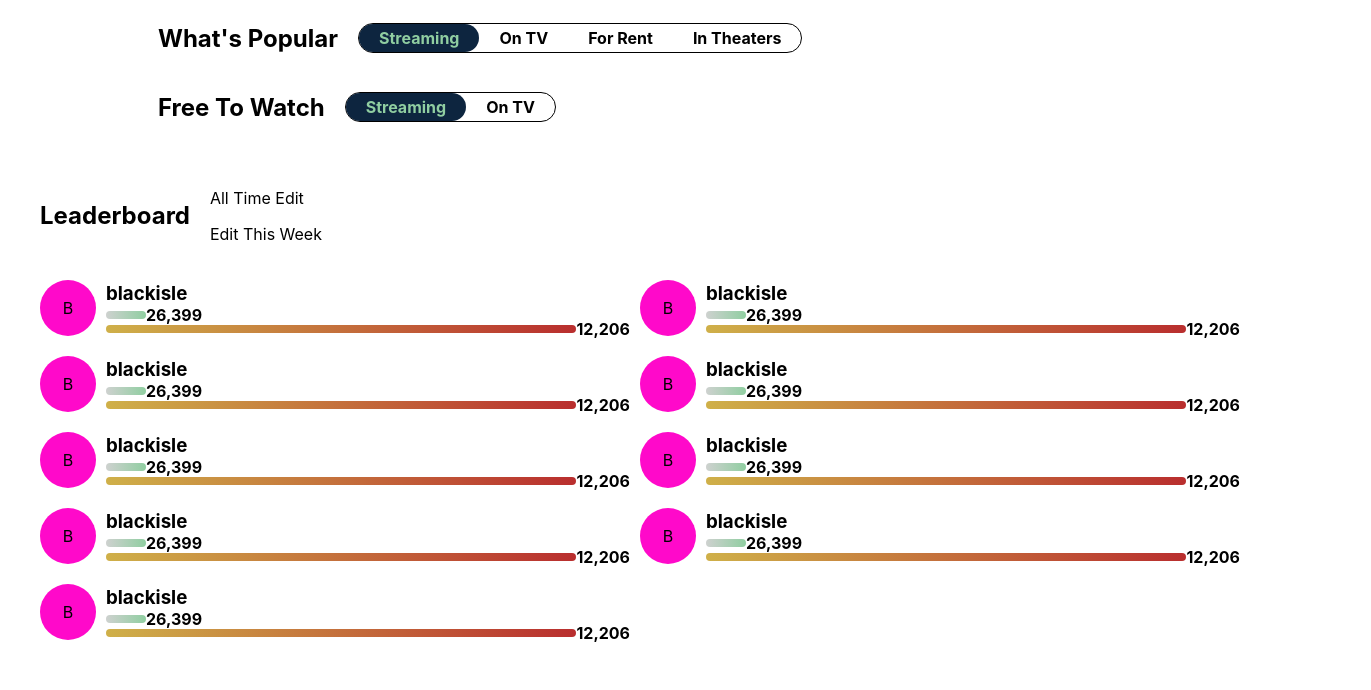
Repository: Fauzaanmhmd/qnpTesFrontend
Page: /
These files come from the project's save history. The page is drawn as it stood at one moment and after the next save; the edit follows.
The browser window is 1280 px wide. The page is 1371 px wide, so the pictures cover 1371 px, including what lies to the right of the window. The pictures show the part of the page from y = 364 to 1054 px (the page is 1054 px tall).
The page's requests for data from a server got no answer. The project was rebuilt for these pictures with package versions that can differ from the ones it lists, and the page was loaded fresh each time. The framework's server and built-in components were replaced by stand-ins that run in the browser. No one was signed in, and anything a server would have sent is missing. Also part of the build but not shown: next.config.js, styles/Moviecard.module.scss, pages/components/Moviecard.tsx.

Above is the page before, as saved 2022-03-20 02:56:06.

After the next save:
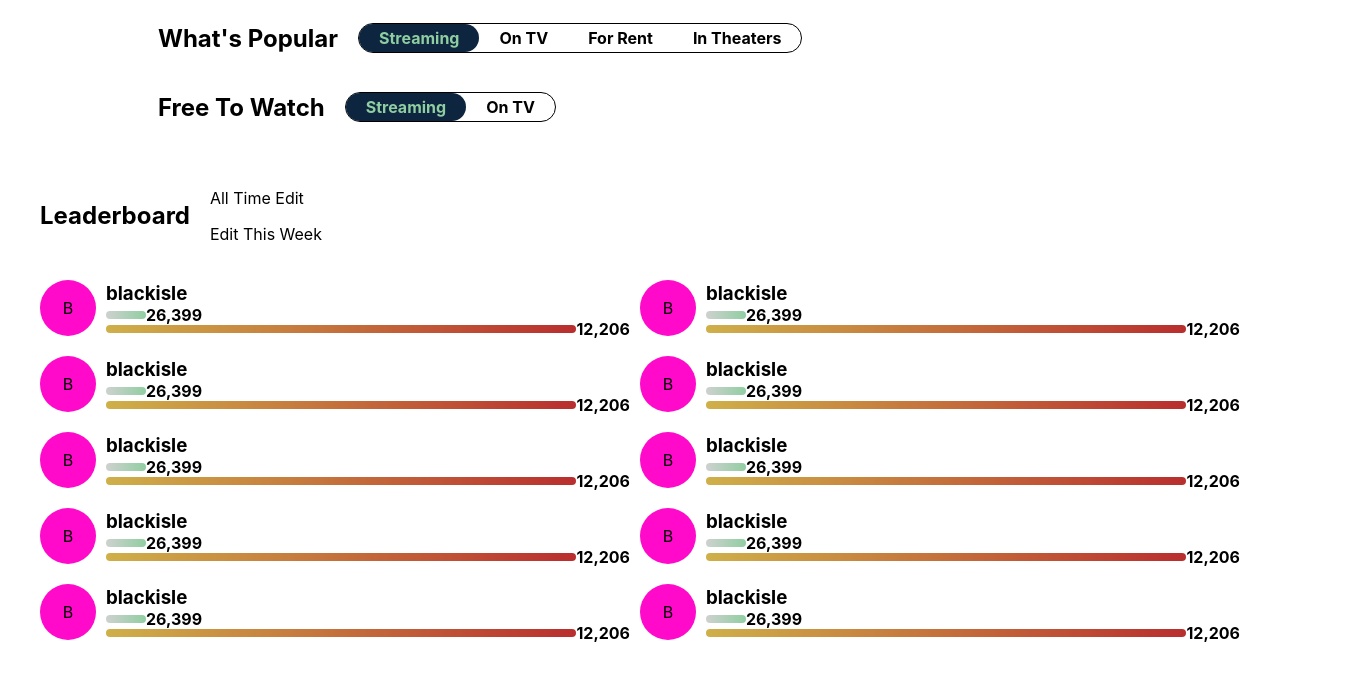
Saved 9 s later.
--- a/pages/Leaderboard.tsx
+++ b/pages/Leaderboard.tsx
@@ -212,6 +212,28 @@
                                     </div>
                                 </div>
                             </li>
+                            <li>
+                                <span className={styles.avatar}>
+                                    <a href="/u/blackisle">
+                                        <span>B</span>
+                                    </a>
+                                </span>
+                                <div className={styles.data}>
+                                    <h3>
+                                        <a href="/u/blackisle">blackisle</a>
+                                    </h3>
+                                    <div className={styles.meter}>
+                                        <div className={styles.gauge}>
+                                        </div>
+                                        <h4>26,399</h4>
+                                    </div>
+                                    <div className={styles.meterThisWeek}>
+                                        <div className={styles.gaugeThisWeek}>
+                                        </div>
+                                        <h4>12,206</h4>
+                                    </div>
+                                </div>
+                            </li>
                         </ol>
                     </div>
                 </div>
